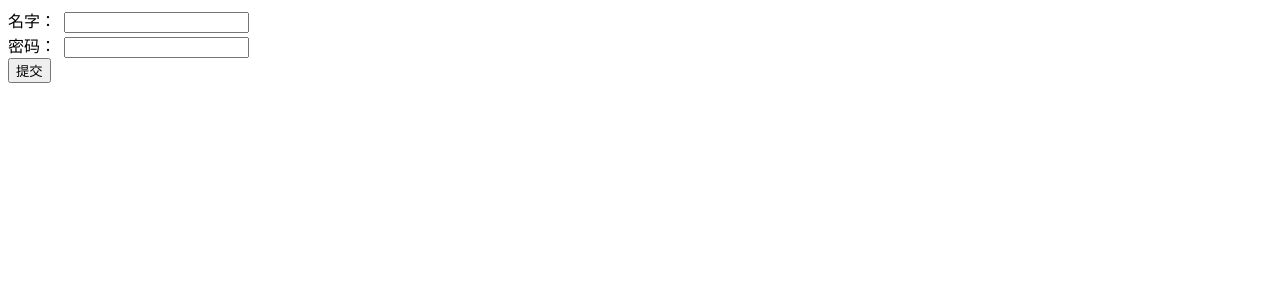
Repository: qqloli/fight
Page: http://localhost/s2sh/register.jsp
These files come from the project's save history. The page is drawn as it stood at one moment and after the next save; the edit follows.
The browser window is 1280 px wide. The pictures show the whole page.
The page is served by Tomcat 9. Nobody is signed in. The application's start-up code is not run.

Above is the page before, as saved 2019-06-19 00:38:53.

After the next save:
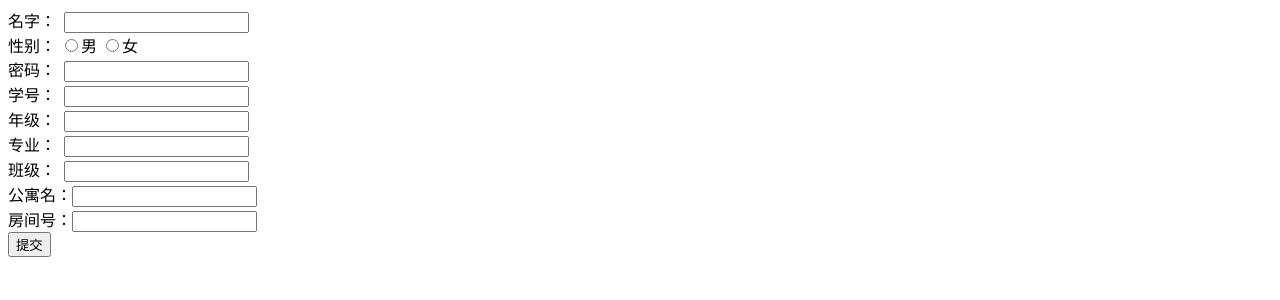
Saved 3 min 39 s later.
--- a/eclipse/s2sh/WebContent/register.jsp
+++ b/eclipse/s2sh/WebContent/register.jsp
@@ -9,9 +9,15 @@
 <body>
 <form action="/s2sh/userAction_register" method="post">
 名字：&nbsp;&nbsp;<input type="text" name="user.name"><br>
-
-密码：&nbsp;&nbsp;<input type="text" name="user.pwd"><br>
-
+性别：&nbsp;<input type="radio" name="user.sexual">男
+<input type="radio" name="user.sexual">女<br>
+密码：&nbsp;&nbsp;<input type="password" name="user.pwd"><br>
+学号：&nbsp;&nbsp;<input type="text" name="user.number"><br>
+年级：&nbsp;&nbsp;<input type="text" name="user.grade"><br>
+专业：&nbsp;&nbsp;<input type="text" name="user.zhunye"><br>
+班级：&nbsp;&nbsp;<input type="text" name="user.class"><br>
+公寓名：<input type="text" name="user.gongyu"><br>
+房间号：<input type="text" name="user.roomno"><br>
 
 <input type="submit" value="提交">
 </form>
